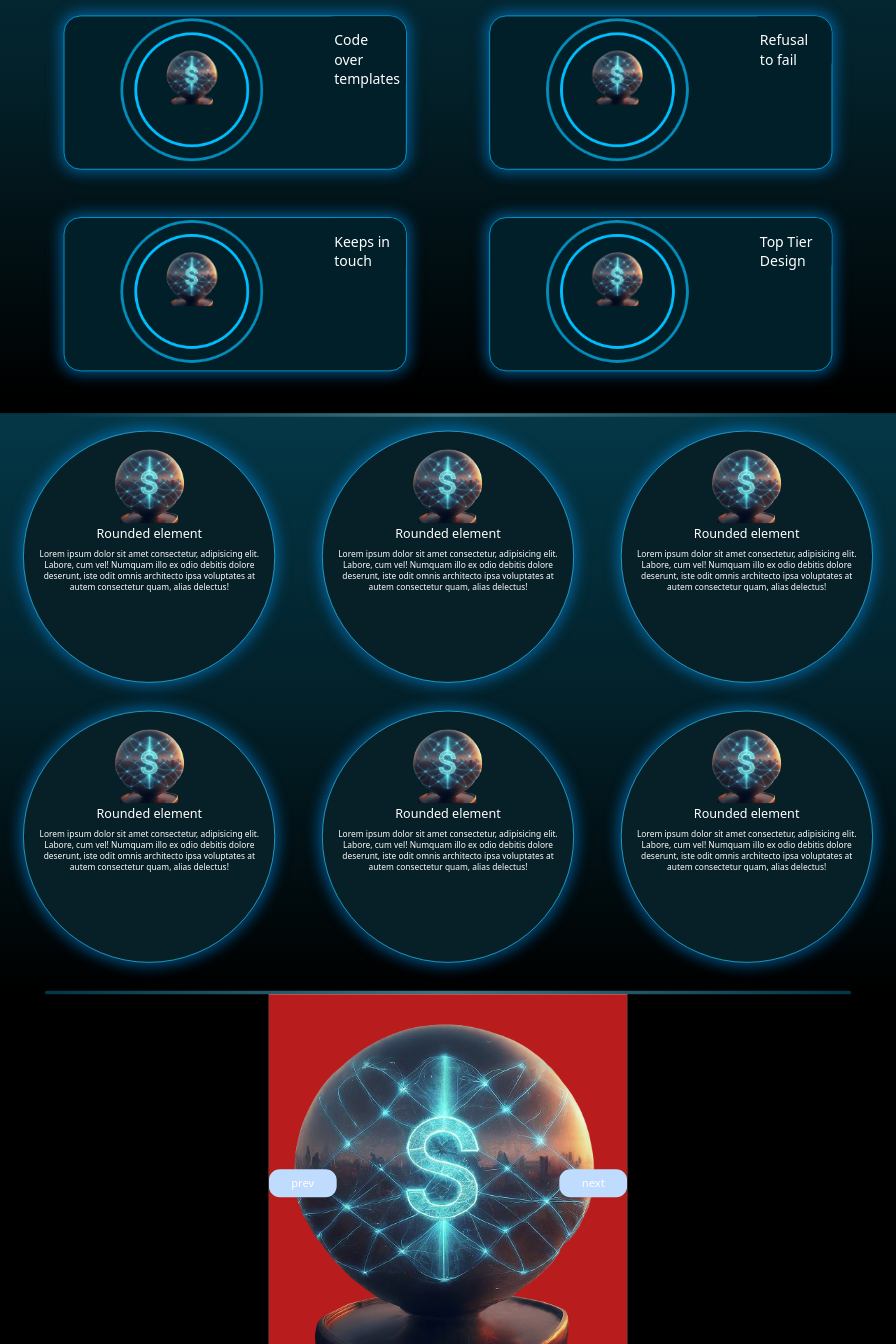
Repository: TMuse333/q3-desings2
Page: /
An editor plug-in stored every save of this project. The page is shown before and after a run of saves, followed by the edit.
The browser window is 1280 px wide. The pictures show the part of the page from y = 1046 to 2966 px (the page is 2966 px tall), at 70% of full size.
The project was rebuilt for these pictures with package versions that can differ from the ones it lists, and the page was loaded fresh each time. Also part of the build but not shown: vite.config.ts.

Above is the page before, as saved 2024-05-11 13:46:55.

### src/main.tsx
import React from 'react'
import ReactDOM from 'react-dom/client'
import App from './App.js'
import './index.css'
import {ContextProvider} from './context/context'

ReactDOM.createRoot(document.getElementById('root')!).render(
  <ContextProvider>
  <React.StrictMode>
    <App />
  </React.StrictMode>
  </ContextProvider>,
)

### src/App.tsx


import './App.css'

import Homepage from './components/homepage/homepage'

function App() {


  return (
    <>
<Homepage/>
    </>
  )
}

export default App

### src/index.css
@tailwind base;
@tailwind components;
@tailwind utilities;

#root{
    background-color: black;
    height:100vh;
}

body{
    background-color: black;
}

button{
    padding:0.5rem 2rem;
    background-color: black;
    color:white;
    border-radius: 1rem;
}

h1{
    color:white;
    font-size: 2rem;
}

p{
    color:white;
    /* font-size: 1.5rem; */
}

button{
    background-color: #00769e;
}

.glow {
    box-shadow: 0 0 20px 5px #3e7384;
    box-shadow: 0 0 20px 5px #003647;
box-shadow: 0 0 20px 5px rgba(2, 148, 245, 0.5);
}

.glow:hover{
    box-shadow: 0 0 40px 5px rgba(2, 148, 245, 0.5);
}

### src/context/context.tsx
import React, { createContext, useState, useContext, ReactNode, useEffect } from 'react';

// Define the type for the context value
interface GeneralContextType {
  textYPosition: number;
  setTextYPosition: React.Dispatch<React.SetStateAction<number>>;
  isMobile: boolean;
  setIsMobile: React.Dispatch<React.SetStateAction<boolean>>;
  setSecondCircleComplete:React.Dispatch<React.SetStateAction<boolean[]>>;
  secondCircleComplete: boolean[];
  isMobile2: boolean;
  setIsMobile2: React.Dispatch<React.SetStateAction<boolean>>;
  handleCircleComplete: (index: number, value: boolean) => void;
}

// Create the context
export const GeneralContext = createContext<GeneralContextType | undefined>(undefined);

// Create a provider component
export const ContextProvider: React.FC<{ children: ReactNode }> = ({ children }) => {
  // Initialize the value state
  const [textYPosition, setTextYPosition] = useState<number>(0);

  // Detect mobile devices
  const [isMobile, setIsMobile] = useState<boolean>(window.innerWidth <= 655);

  const [isMobile2, setIsMobile2] = useState<boolean>(window.innerWidth <= 655);

  const [secondCircleComplete, setSecondCircleComplete] = useState<boolean[]>(
    Array.from({ length: 7 }, () => false)
  );

  const handleCircleComplete = (index: number, value: boolean) => {
    setSecondCircleComplete((prev) => {
      const newState = [...prev]; // Create a copy of the previous state array
      newState[index] = value; // Update the value at the specified index
      return newState; // Return the new state array
    });
  };



  useEffect(() => {
    const handleScroll = () => {
      setIsMobile(window.innerWidth <= 655);
    };
    window.addEventListener('scroll', handleScroll);
    handleScroll();

    return () => {
      window.removeEventListener('scroll', handleScroll);
    };
  }, []);

  useEffect(() => {
    const handleScroll = () => {
      setIsMobile2(window.innerWidth <= 400);
    };
    window.addEventListener('scroll', handleScroll);
    handleScroll();

    return () => {
      window.removeEventListener('scroll', handleScroll);
    };
  }, []);

  useEffect(() => {
    console.log('is mobile', isMobile);
  }, [isMobile]);

  const contextValue = {
    textYPosition,
    setTextYPosition,
    isMobile,
    setIsMobile,
    secondCircleComplete,
    setSecondCircleComplete,
    isMobile2,
    setIsMobile2,
    handleCircleComplete
  };

  return <GeneralContext.Provider value={contextValue}>{children}</GeneralContext.Provider>;
};

export const useGeneralContext = (): GeneralContextType => {
  const context = useContext(GeneralContext);
  if (!context) {
    throw new Error('useGeneralContext must be used within a ContextProvider');
  }
  return context;
};

### src/App.css
#root {
  max-width: 1280px;
  margin: 0 auto;
  padding: 2rem;
  text-align: center;
}

.logo {
  height: 6em;
  padding: 1.5em;
  will-change: filter;
  transition: filter 300ms;
}
.logo:hover {
  filter: drop-shadow(0 0 2em #646cffaa);
}
.logo.react:hover {
  filter: drop-shadow(0 0 2em #61dafbaa);
}

.h1{
  color:red;
}

@keyframes logo-spin {
  from {
    transform: rotate(0deg);
  }
  to {
    transform: rotate(360deg);
  }
}

@media (prefers-reduced-motion: no-preference) {
  a:nth-of-type(2) .logo {
    animation: logo-spin infinite 20s linear;
  }
}

.card {
  padding: 2em;
}

.read-the-docs {
  color: #888;
}

### src/components/homepage/homepage.tsx
import React from "react";
import { CircleInfoGraphic } from "../circleInfographic/circleInfoGraphic";
import Content from "../content/content";
import q3 from '../../media/q3-visuals-logo-2.png'
import TextFormat from "../textFormat/textFormat";

// import { TextParallaxContentExample } from "../parallaxText/parallaxText";
import MultiLayerParallax from "../mountainParallax/mountainParallax";
import ParticlesComponent from "../particles/particles";
import nobgLaptop from '../../media/Gemini_Generated_Image_r055a1r055a1r055-removebg-preview.png'
import moneyBall from '../../media/futuristic-money-ball-removebg-preview.png'
import { description1 } from "../../data/data";
import AlternatingText from "../alternatingText/alternatingText";

import CircleList from "../circleListElement/circleList";
import Carousel from "../carousel/carousel";


const Homepage: React.FC = () => {

    const images = [
        moneyBall,
        nobgLaptop,
        q3
    ]


    // useEffect(() => {
    //     const loadTime = window.performance.timing.loadEventEnd - window.performance.timing.navigationStart;
    //     console.log('Page load time:', loadTime, 'milliseconds');
    // }, []);



    return (
        <section className="absolute top-0 left-0 w-screen">


            {/* <ParticlesComponent/> */}
            <MultiLayerParallax/>

            {/* <TextParallaxContentExample/> */}

            {/* <Content
            mainTitle='Your digital presence is important'
            image={nobgLaptop}
            customText={null}
            reverse={true}
            description={description1}
            floatingImage={true}
            hasAnimation={true}
            />

            <AlternatingText/>

            <Content
            mainTitle='Benefits of a website'
            image={moneyBall}
            customText={<TextFormat
            isAnimated={true}
            reverse={false}/>}
            reverse={false}
            description={null}
            floatingImage={true}
            hasAnimation={true}

            /> */}



<div className="relative bg-gradient-to-b from-[#043747] via-[#032029] to-transparent w-screen">
<CircleList/>
</div>

<div className="relative bg-gradient-to-b from-[#043747] via-[#032029] to-transparent w-screen">

<CircleInfoGraphic/>
</div>

{/* <div className="max-w-lg mr-auto ml-auto"> */}
<Carousel images={images}

/>
{/* </div> */}



        </section>
    )
}


export default Homepage

### src/components/circleInfographic/circleInfoGraphic.tsx
import React, {useState,useRef } from "react";
import ball from '../../media/futuristic-money-ball-removebg-preview.png'
import { motion,Variants} from 'framer-motion'
import useIntersectionObserver from "../intersectionObserver/intersectionObserver";
interface CircleProps {
    image:string
}

const CircleElement: React.FC<CircleProps> = ({image}) => {

    const [inView, setInView] = useState<boolean>(false)

    const options = {
        root: null,
        rootMargin: '-25px',
        threshold: 1,
    };

    // Apply intersection observer hook to detect when the component is in view
    const componentRef = useIntersectionObserver(setInView, options);

    const circleVariants:Variants =  {
        initial:{
            opacity:0,
            y:-60
        },
        animate:{
            opacity:1,
            y:0
        }
    }

    return (
        <motion.section
        ref={componentRef}
        variants={circleVariants}
        initial='initial'
        animate={inView ? 'animate' : 'initial'}
         className={`mt-5 mb-5
        rounded-full bg-[#071f26] hover:bg-[#0e3a47]
        mr-auto ml-auto transition-all
        h-[95vw] w-[95vw] border border-[#2dc0eb]
        flex flex-col  shadow-xl max-w-[360px]
        max-h-[360px]
        sm:w-[48vw] sm:h-[48vw]
        lg:w-[32vw] lg:h-[32vw]
        ${inView ? 'glow' : ''}`}>

            <div className="mt-4">
            <img className="w-[35vw]
            max-w-[115px] max-h-[115px] h-[35vw]
            sm:w-[10vw] sm:h-[10vw] object-cover
            mr-auto ml-auto"
            src={image}
            />
            <h1 className="text-3xl sm:text-lm lg:text-lg ">Rounded element</h1>
            <p className=" ml-auto mr-auto text-sm sm:text-xs pr-5 pl-5 pt-2">Lorem ipsum dolor sit amet consectetur, adipisicing elit. Labore, cum vel! Numquam illo ex odio debitis dolore deserunt, iste odit omnis architecto ipsa voluptates at autem consectetur quam, alias delectus!</p>
            </div>
        </motion.section>
    )
}


export const CircleInfoGraphic = () => {

    return (
        <>
          <div className="mt-5
        w-[90vw] h-[5px]
         bg-gradient-to-r from-[#003647] via-[#3e7384] to-[#003647]
        ml-auto mr-auto rounded-[200rem]
        ">

       </div>
        <section className={`flex
         justify-center flex-col items-center
          sm:grid sm:grid-cols-2 lg:grid-cols-3
           gap-4 lg:gap-0 w-screen max-w-[1500px]  ml-auto mr-auto
          `}>
            <CircleElement
            image={ball}/>
             <CircleElement
            image={ball}/>
                  <CircleElement
            image={ball}/>
             <CircleElement
            image={ball}/>
             <CircleElement
            image={ball}/>
                  <CircleElement
            image={ball}/>
        </section>
        <div className="mt-5
        w-[90vw] h-[5px]
         bg-gradient-to-r from-[#003647] via-[#3e7384] to-[#003647]
        ml-auto mr-auto rounded-[200rem]">

       </div>
       </>
    )
}

### src/components/mountainParallax/mountainParallax.tsx
import  { useRef } from "react";
import bottom from '../../media/bottom-mountain.png'

import full from '../../media/no-bg-mountain.png'
import q3 from '../../media/q3-words.png'
import { motion, useScroll, useTransform } from 'framer-motion'

export default function MultiLayerParallax() {
    const ref = useRef(null);
    const { scrollYProgress } = useScroll({
      target: ref,
      offset: ["start start", "end start"],
    });
    const backgroundY = useTransform(scrollYProgress, [0, 1], ["0%", "100%"]);
    const textY = useTransform(scrollYProgress, [0, 1], ["-20%", "200%"]);

    return (
      <div
        ref={ref}
        className="w-full h-screen overflow-hidden relative grid place-items-center"
      >
       {/* <motion.div className="z-10 relative"
         style={{ y: textY }}> */}
        <motion.img
style={{
    y:textY
}}
        src={q3}
          className="relative z-10 b"
        />
        {/* <motion.h1 className="relative z-10"
        style={{
            y:textY
        }}>
            slatry
        </motion.h1> */}


        <motion.p style={{
             y:textY
        }}
         className="text-white text-2xl relative z-10  mt-[-30rem] sm:-mt-[40rem]">Elevating Brands with discipline and creativity
         </motion.p>
         {/* </motion.div> */}


        <motion.div
          className="absolute inset-0 z-0"
          style={{
            backgroundImage: `url(${full})`,
            backgroundPosition: "bottom",
            backgroundSize: "cover",
            y: backgroundY,
          }}
        />
        <div
          className="absolute inset-0 z-20"
          style={{
            backgroundImage: `url(${bottom})`,
            backgroundPosition: "bottom",
            backgroundSize: "cover",
          }}
        />
      </div>
    );
  }

### src/components/carousel/carousel.tsx
import React, {useState} from 'react'
import { ChevronLeft, ChevronRight } from "react-feather";

interface CarouselProps {
    images:string[]
}


const Carousel:React.FC<CarouselProps> = ({images}) =>{

    const [imageIndex, setImageIndex] = useState<number>(0)

    return (
      <div className="max-w-lg mr-auto ml-auto">
        <section className='overflow-hidden relative bg-red-200  '>

            <div className='flex bg-red-700 relative '>
                {images.map((image,index) => (
                    <img src={image}
                    key={index}
                    className='h-[500px]'
                    style={{
                        transform:`translateX(-${imageIndex * 100}%)`
                    }}
                    />
                ))}
                    <div className='absolute w-[100%]
                    flex flex-row justify-between
                    top-[50%]'>
                <button className='bg-blue-200'>
                    prev
                </button>
                <button className='bg-blue-200'>
                    next
                </button>
            </div>
            </div>



        </section>
        </div>
    )
}

export default Carousel

### src/components/intersectionObserver/intersectionObserver.tsx
import { useEffect, useRef, Dispatch, SetStateAction } from "react";

interface IntersectionObserverOptions {
  root: Element | null;
  rootMargin?: string;
  threshold?: number | number[];
}

const useIntersectionObserver = (
  setInView: Dispatch<SetStateAction<boolean>>,
  options: IntersectionObserverOptions
) => {
  const componentRef = useRef<HTMLDivElement>(null);

  useEffect(() => {
    const observer = new IntersectionObserver(([entry]) => {
      // Update the state based on whether the component is in view
      if (entry.isIntersecting) {
        setInView(true);
        observer.disconnect();
      }
    }, options);

    if (componentRef.current) {
      observer.observe(componentRef.current);
    }

    return () => {
      if (componentRef.current) {
        observer.unobserve(componentRef.current);
      }
    };
  }, [setInView, options]);

  return componentRef;
};

export default useIntersectionObserver;

Loaded but not shown: index.html (common file); tailwind.config.js (21 lines, source omitted); src/components/circleContent/appearingCircle.tsx (297 lines, source omitted); src/components/circleListElement/circleList.tsx (164 lines, source omitted)

After the next 5 saves:
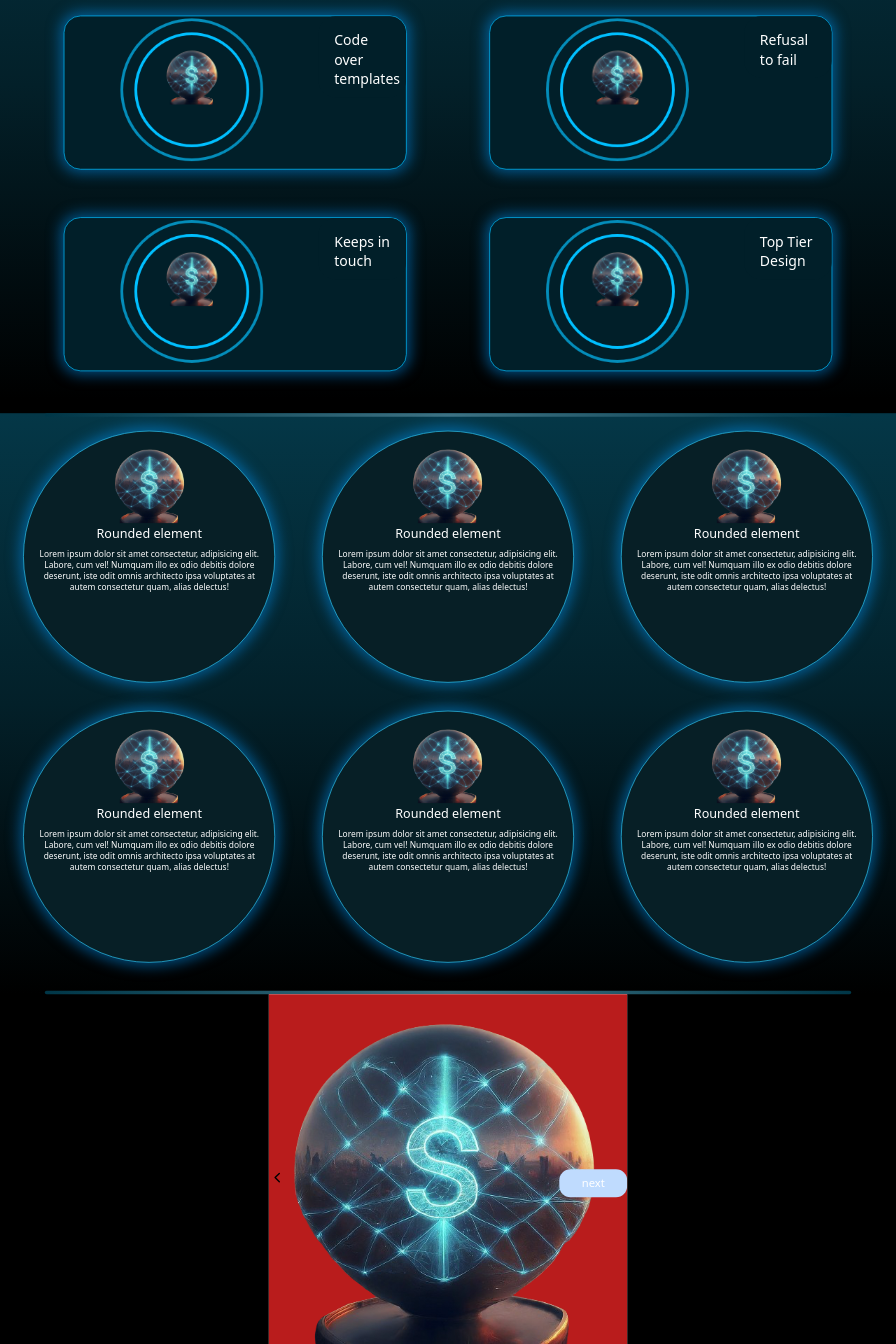
The 5 saves are shown as one change because they came seconds apart.
The last was saved 15 s later.
--- a/src/components/carousel/carousel.tsx
+++ b/src/components/carousel/carousel.tsx
@@ -27,9 +27,13 @@
                     <div className='absolute w-[100%]
                     flex flex-row justify-between
                     top-[50%]'>
+                        <ChevronLeft>
+
+
                 <button className='bg-blue-200'>
                     prev
                 </button>
+                </ChevronLeft>
                 <button className='bg-blue-200'>
                     next
                 </button>

After the 2 saves that followed:
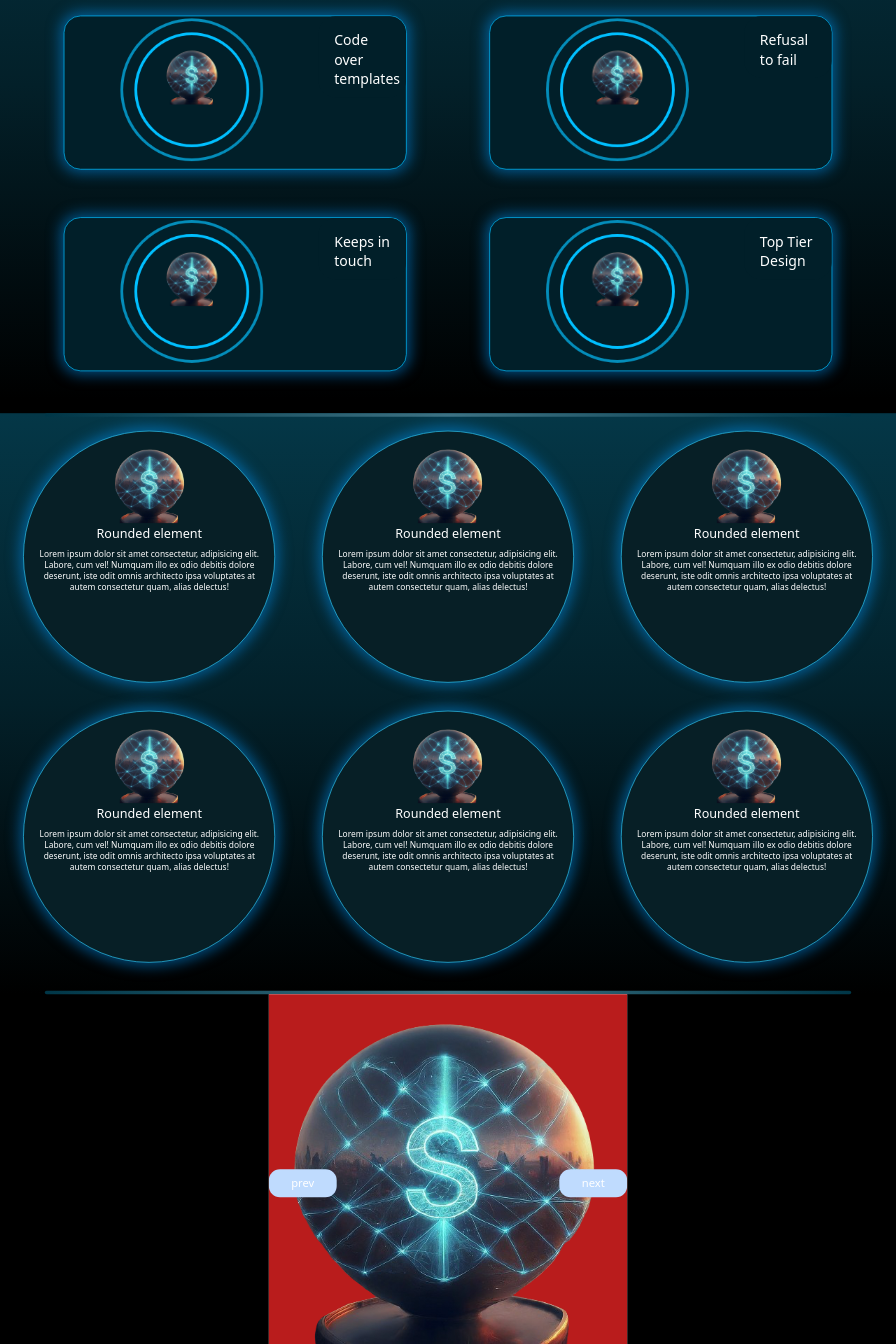
The 2 saves are shown as one change because they came seconds apart.
The last was saved 18 s later.
--- a/src/components/carousel/carousel.tsx
+++ b/src/components/carousel/carousel.tsx
@@ -27,13 +27,13 @@
                     <div className='absolute w-[100%]
                     flex flex-row justify-between
                     top-[50%]'>
-                        <ChevronLeft>
+
 
 
                 <button className='bg-blue-200'>
                     prev
                 </button>
-                </ChevronLeft>
+
                 <button className='bg-blue-200'>
                     next
                 </button>
